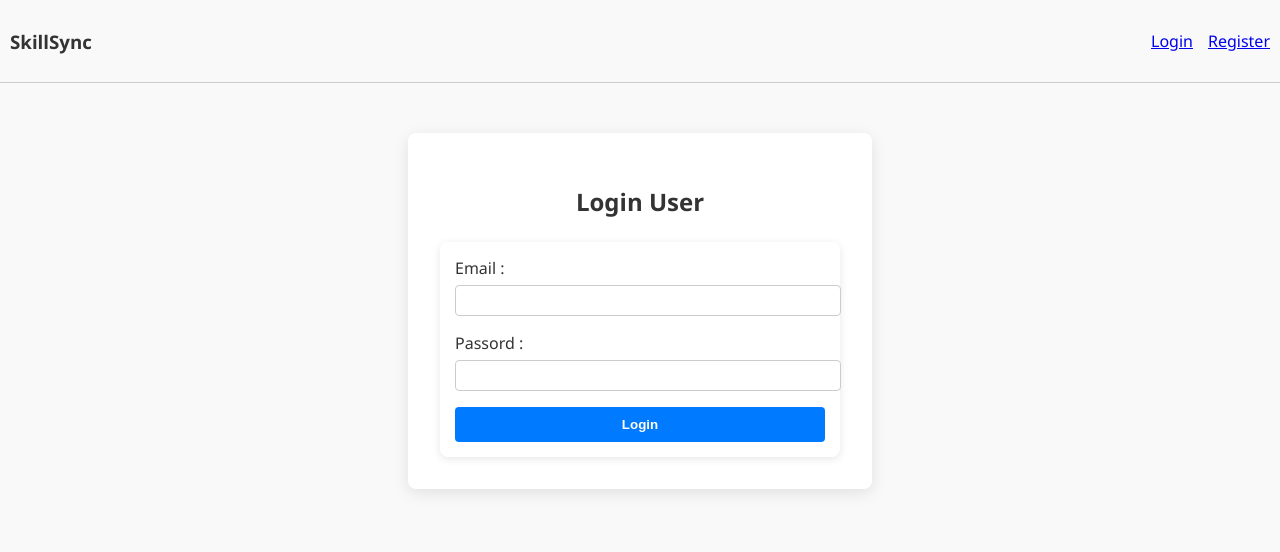
Repository: bharathabhi46/SkillSync-FrontEnd
Page: /LoginUser
These files come from the project's save history. The page is drawn as it stood at one moment and after the next save; the edit follows.
The browser window is 1280 px wide. The pictures show the whole page.
The project was rebuilt for these pictures with package versions that can differ from the ones it lists, and the page was loaded fresh each time. Also part of the build but not shown: vite.config.js, src/Components/CreateUser/CreateUser.jsx, src/Components/UserList/UserList.jsx, src/Components/EditUser/EditUser.jsx, src/Components/RegisterUser/RegisterUser.jsx, src/Components/PrivateAuth/PrivateAuth.jsx, src/Components/Home/Home.css, src/Components/Home/Home.jsx.

Above is the page before, as saved 2025-06-28 13:55:19.

After the next save:
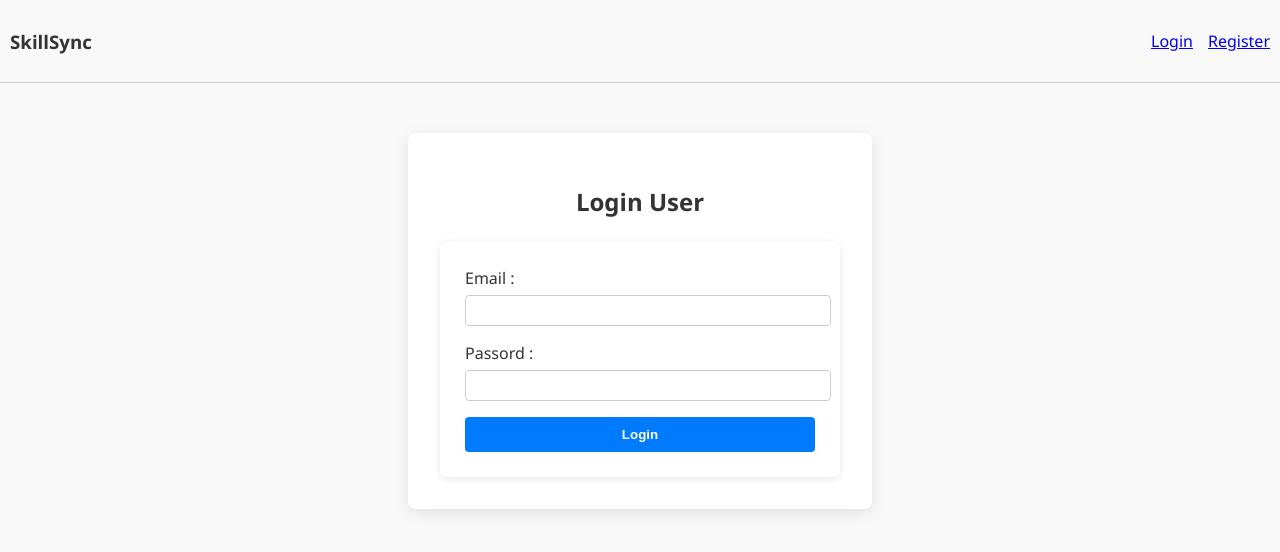
Saved 5 s later.
--- a/src/Components/LoginUser/LoginUser.css
+++ b/src/Components/LoginUser/LoginUser.css
@@ -15,7 +15,7 @@
 
 .container form {
   display: flex;
-  padding: 15px;
+  padding: 25px;
   flex-direction: column;
 }
 
